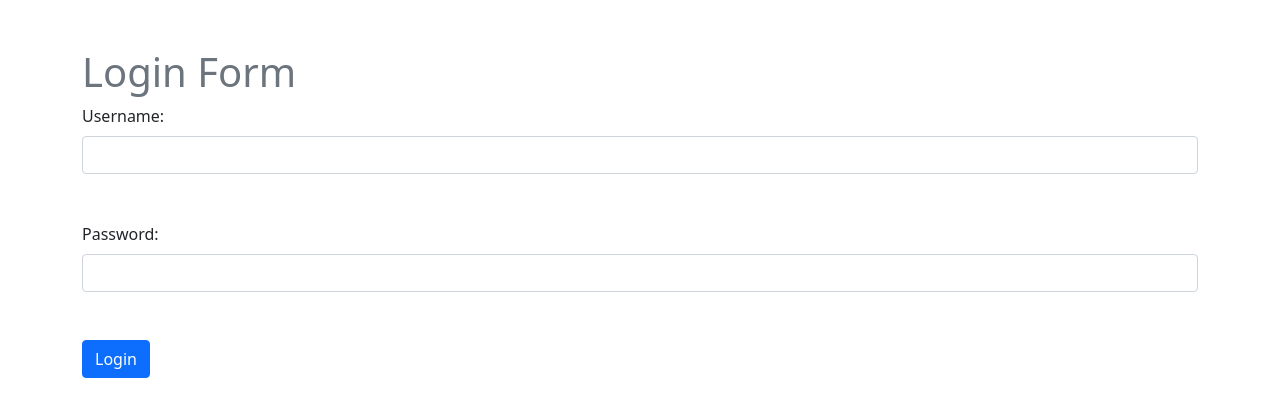
Repository: valletivarish/monojsp
Page: http://localhost/11-bank-application/login.jsp
The author's editor kept a copy of each file at every save. The page is drawn from the files as they stood at one save, then again after the next save.
The browser window is 1280 px wide. The pictures show the whole page.
The page is served by Tomcat 9. Other server files are loaded and not shown.

Above is the page before, as saved 2024-07-19 16:34:01.

### 11-bank-application/WebContent/login.jsp
<%@ page language="java" contentType="text/html; charset=ISO-8859-1"
	pageEncoding="ISO-8859-1"%>
<%@ taglib uri="http://java.sun.com/jsp/jstl/core" prefix="c"%>
<%@ taglib uri="http://java.sun.com/jsp/jstl/functions" prefix="fn"%>

<html>
<head>
<title>Login</title>
<link
	href="https://cdn.jsdelivr.net/npm/bootstrap@5.0.2/dist/css/bootstrap.min.css"
	rel="stylesheet"
	integrity="sha384-EVSTQN3/azprG1Anm3QDgpJLIm9Nao0Yz1ztcQTwFspd3yD65VohhpuuCOmLASjC"
	crossorigin="anonymous">
<script
	src="https://cdn.jsdelivr.net/npm/bootstrap@5.0.2/dist/js/bootstrap.bundle.min.js"
	integrity="sha384-MrcW6ZMFYlzcLA8Nl+NtUVF0sA7MsXsP1UyJoMp4YLEuNSfAP+JcXn/tWtIaxVXM"
	crossorigin="anonymous"></script>
<!DOCTYPE html>
</head>
<body>
	<div class="container-lg my-5">
		<h1 class="text-secondary">Login Form</h1>
		<form action="login" method="post">
			<label for="username" class="form-label">Username:</label> <input
				type="text" id="username" name="username" required
				class="form-control"><br> <br> <label
				for="password" class="form-label">Password:</label> <input type="password"
				id="password" name="password" required class="form-control"><br> <br>
			<button type="submit" class="btn btn-primary">Login</button>
			<c:if test="${param.error != null}">
				<p style="color: red;">Invalid username or password</p>
			</c:if>
		</form>
	</div>
</body>
</html>

After the next save:
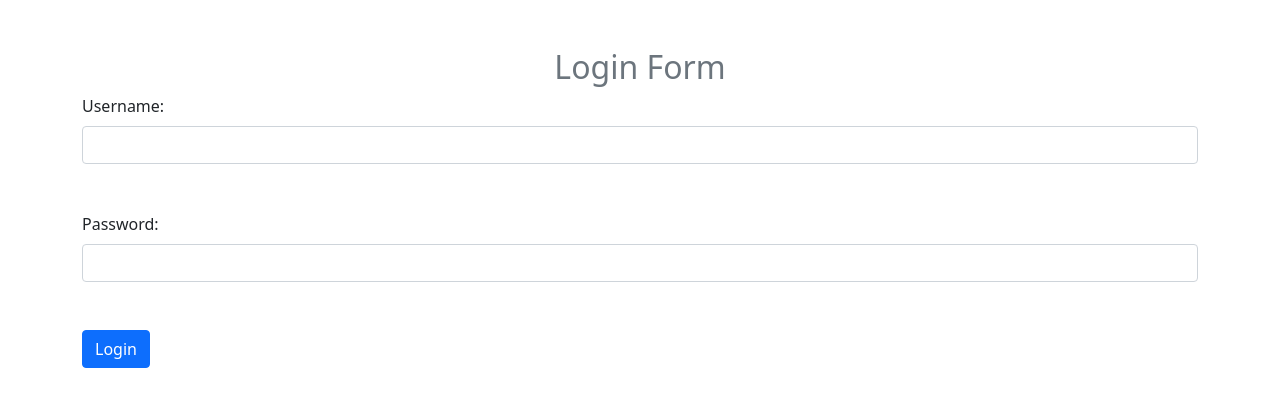
Saved 16 s later.
--- a/11-bank-application/WebContent/login.jsp
+++ b/11-bank-application/WebContent/login.jsp
@@ -19,7 +19,7 @@
 </head>
 <body>
 	<div class="container-lg my-5">
-		<h1 class="text-secondary">Login Form</h1>
+		<h2 class="text-secondary text-center">Login Form</h2>
 		<form action="login" method="post">
 			<label for="username" class="form-label">Username:</label> <input
 				type="text" id="username" name="username" required
